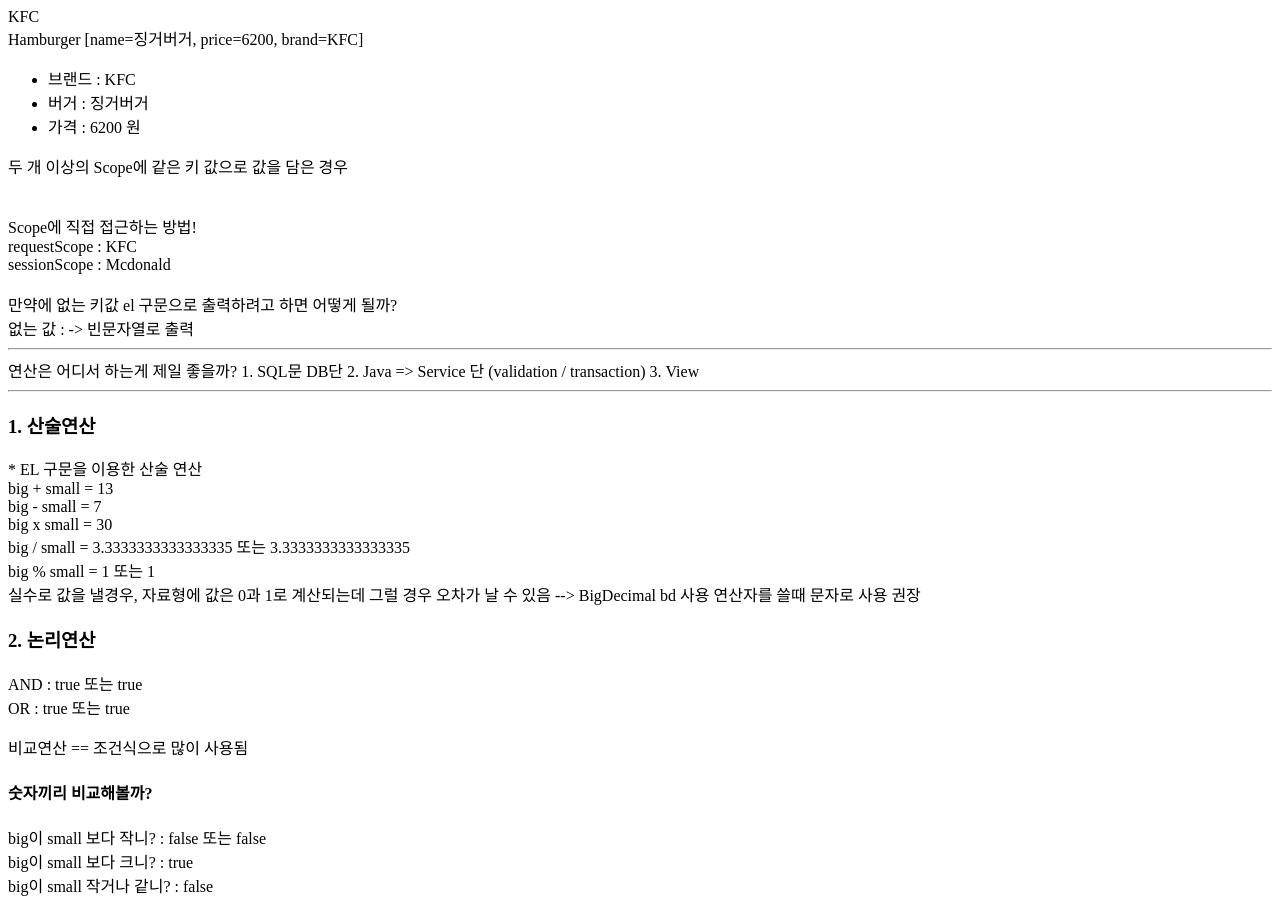
Repository: parkjin-sol/web-workplace
Page: http://localhost/McdonaldProject/sc
These files come from the project's save history. The page is drawn as it stood at one moment and after the next save; the edit follows.
The browser window is 1280 px wide. The pictures show the whole page.
The page is served by Tomcat 9.

Above is the page before, as saved 2025-03-11 02:09:30.

After the next save:
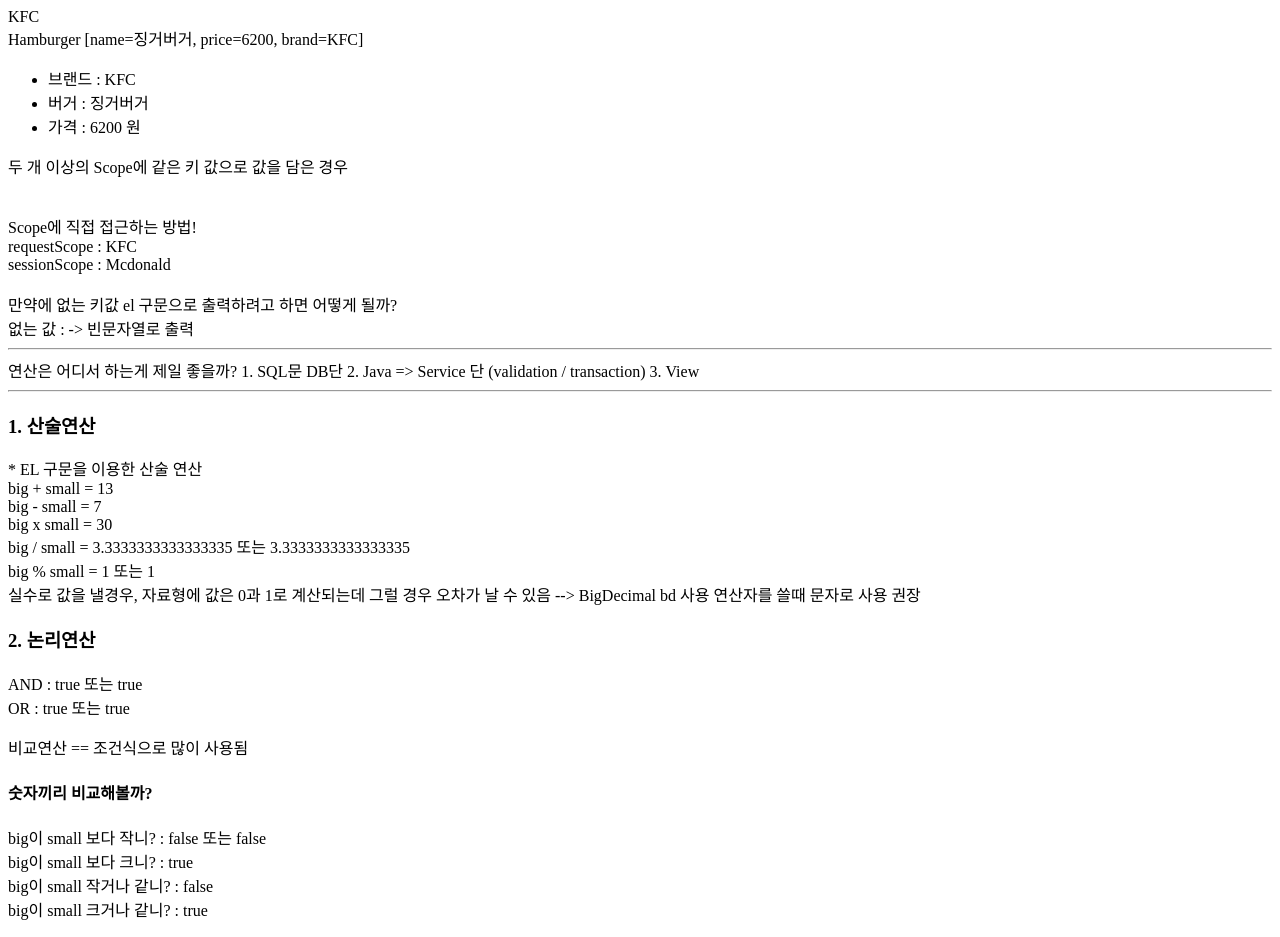
Saved 27 s later.
--- a/McdonaldProject/src/main/webapp/WEB-INF/views/print.jsp
+++ b/McdonaldProject/src/main/webapp/WEB-INF/views/print.jsp
@@ -75,6 +75,7 @@
 	 	big이 small 보다 작니? : ${ big < small } 또는 ${ big lt small } <br>
 	 	big이 small 보다 크니? : ${ big gt small } <br>
 	 	big이 small 작거나 같니? : ${ big le small } <br>
+	 	big이 small 크거나 같니? : ${ big ge small } <br>
 
 	 </p>
 
